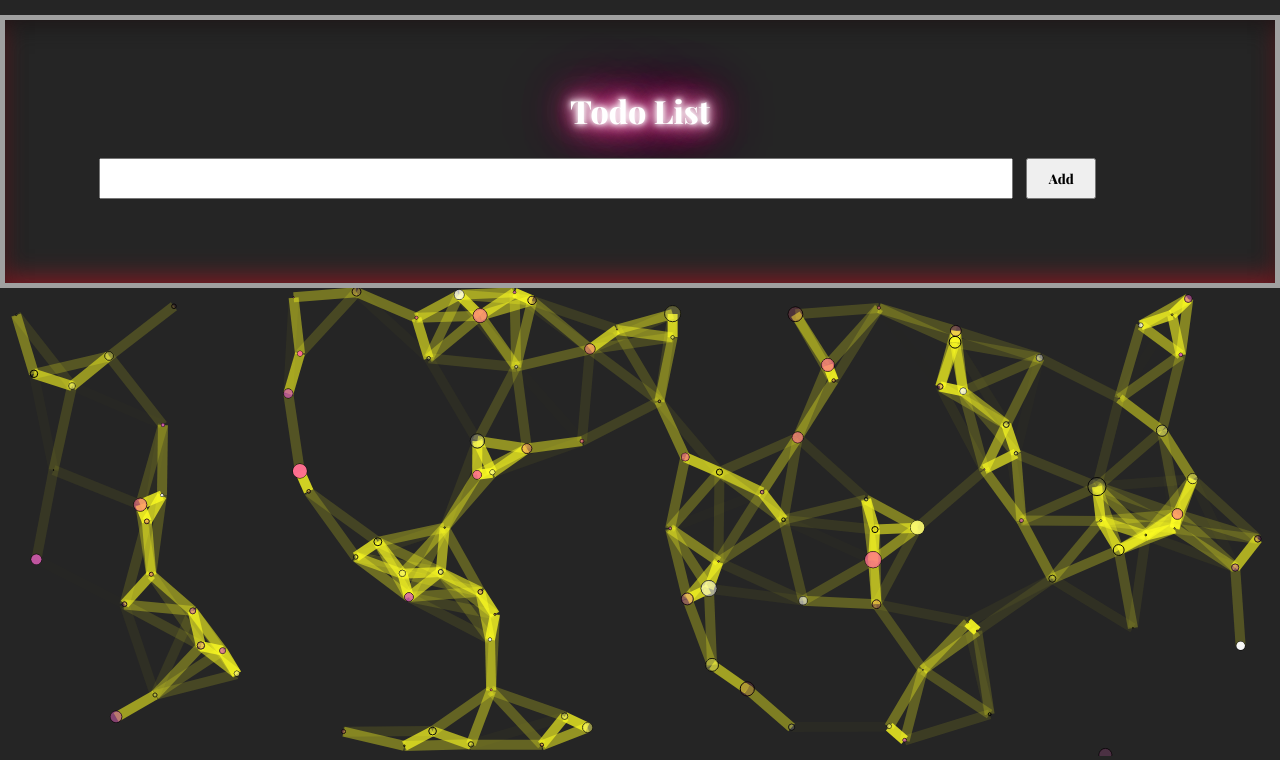
Repository: TENSAEA/----todo
Page: index.html
An editor plug-in stored every save of this project. The page is shown before and after the next save, followed by the edit.
The browser window is 1280 px wide. The pictures show the whole page.
Some web fonts or font styles are not loaded; a fallback is used.

Above is the page before, as saved 2023-10-12 22:43:36.

After the next save:
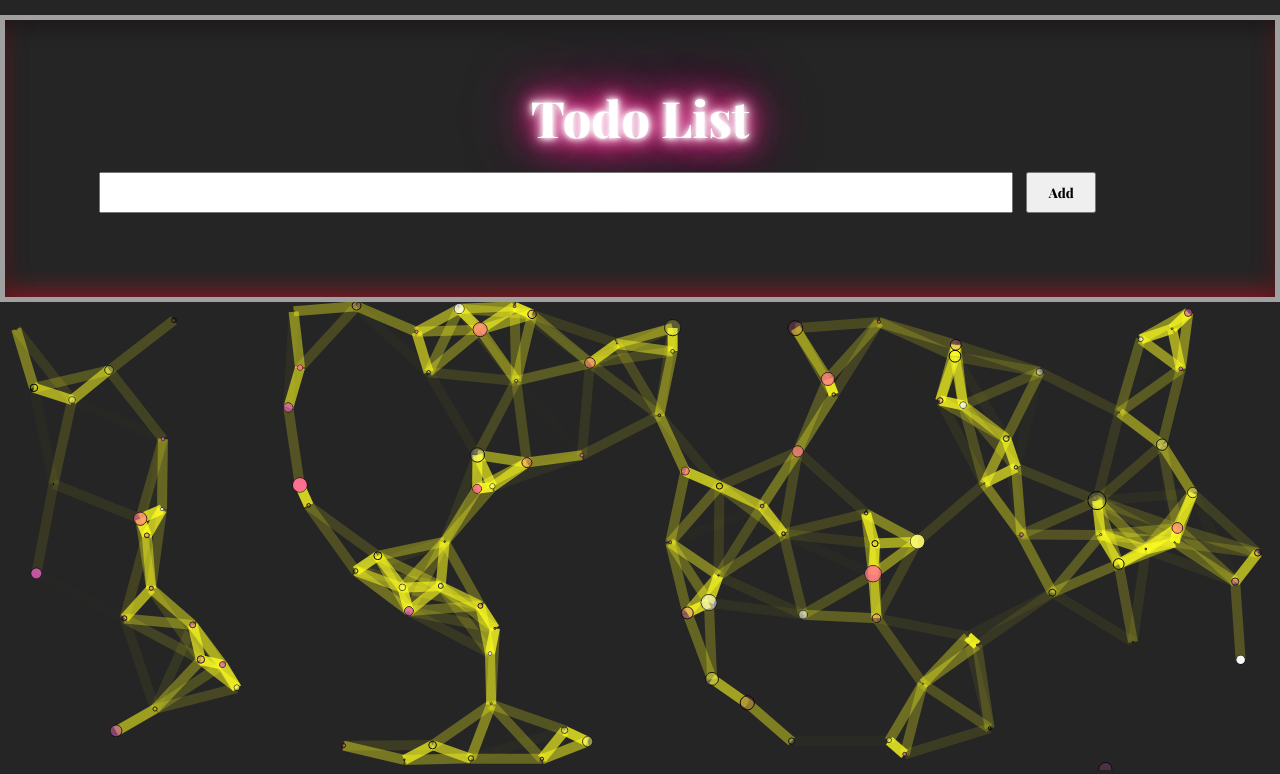
Saved 37 s later.
--- a/style.css
+++ b/style.css
@@ -31,7 +31,7 @@ box-shadow: 0px 0px 0px 5px #A0A0A0, inset 0px 10px 27px -8px #141414, inset 0px
 }
 
 .container h1{
-    padding:5px;
+    font-size:50px;
     text-align:center;
     color: #FFFFFF;
 text-shadow: #FFF 0px 0px 5px, #FFF 0px 0px 10px, #FFF 0px 0px 15px, #FF2D95 0px 0px 20px, #FF2D95 0px 0px 30px, #FF2D95 0px 0px 40px, #FF2D95 0px 0px 50px, #FF2D95 0px 0px 75px;
